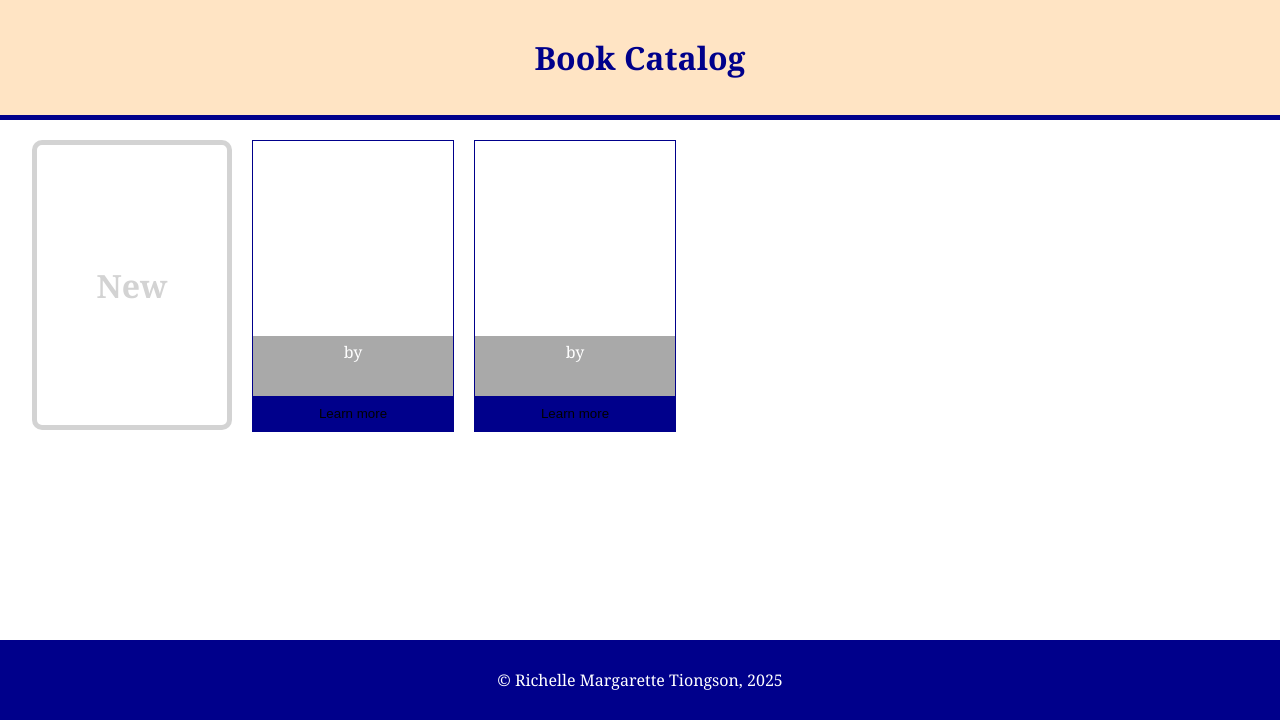
Repository: richelletiongson/comp3170_lab01
Page: /
An editor plug-in stored every save of this project. The page is shown before and after the next save, followed by the edit.
The browser window is 1280 px wide. The pictures show the whole page.
The project was rebuilt for these pictures with package versions that can differ from the ones it lists, and the page was loaded fresh each time. Also part of the build but not shown: vite.config.js.

Above is the page before, as saved 2025-09-14 01:19:44.

After the next save:
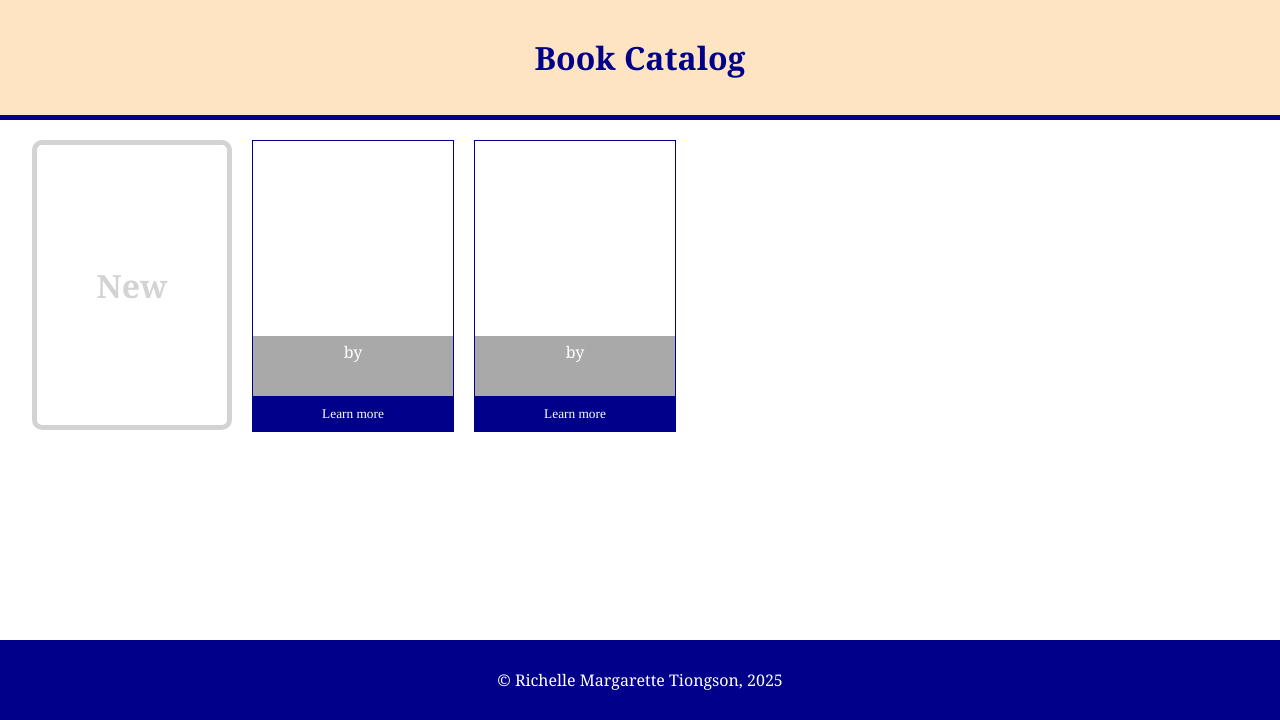
Saved 34 s later.
--- a/src/index.css
+++ b/src/index.css
@@ -56,9 +56,11 @@ body {
 }
 
 .learn {
+  font-family: 'Georgia, Times New Roman', Times, serif;
   border: none;
   height: 35px;
   background-color: darkblue;
+  color: #FFFFFF;
 }
 
 .new {
